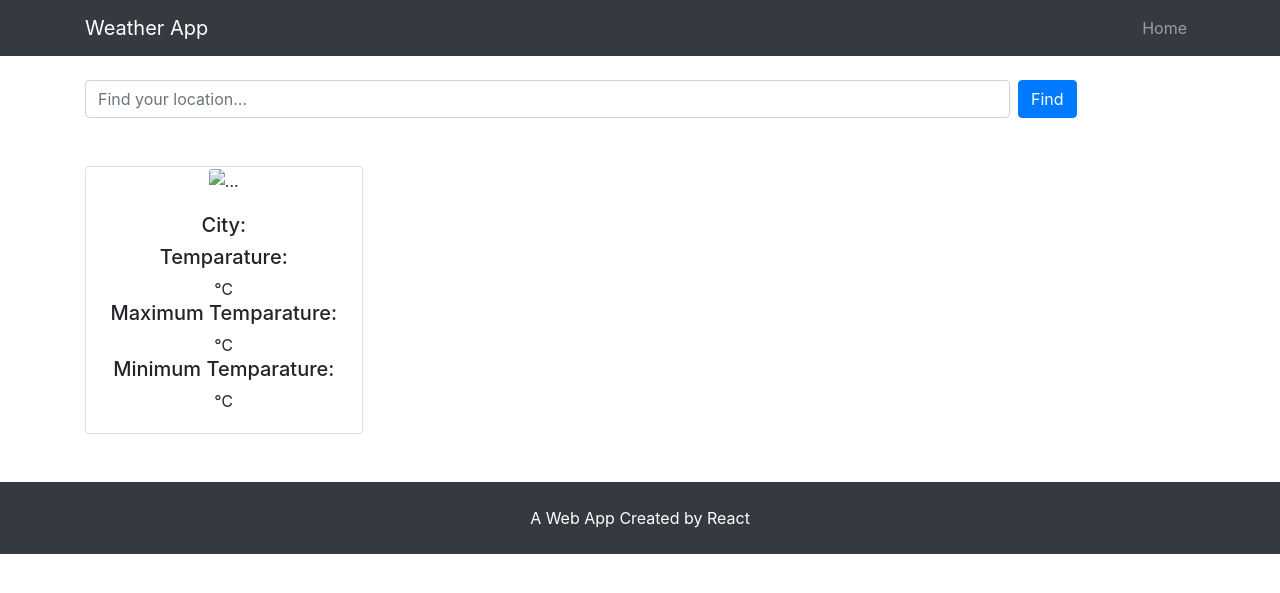
Repository: smk87/weather-app-react
Page: /
An editor plug-in stored every save of this project. The page is shown before and after the next save, followed by the edit.
The browser window is 1280 px wide. The pictures show the whole page.
The page's requests for data from a server got no answer. Some web libraries are served in a nearby version. The project was rebuilt for these pictures with package versions that can differ from the ones it lists, and the page was loaded fresh each time. A package was used in the major version that the imports need, not the one package.json lists. No one was signed in, and anything a server would have sent is missing.

Above is the page before, as saved 2019-02-06 17:52:57.

After the next save:
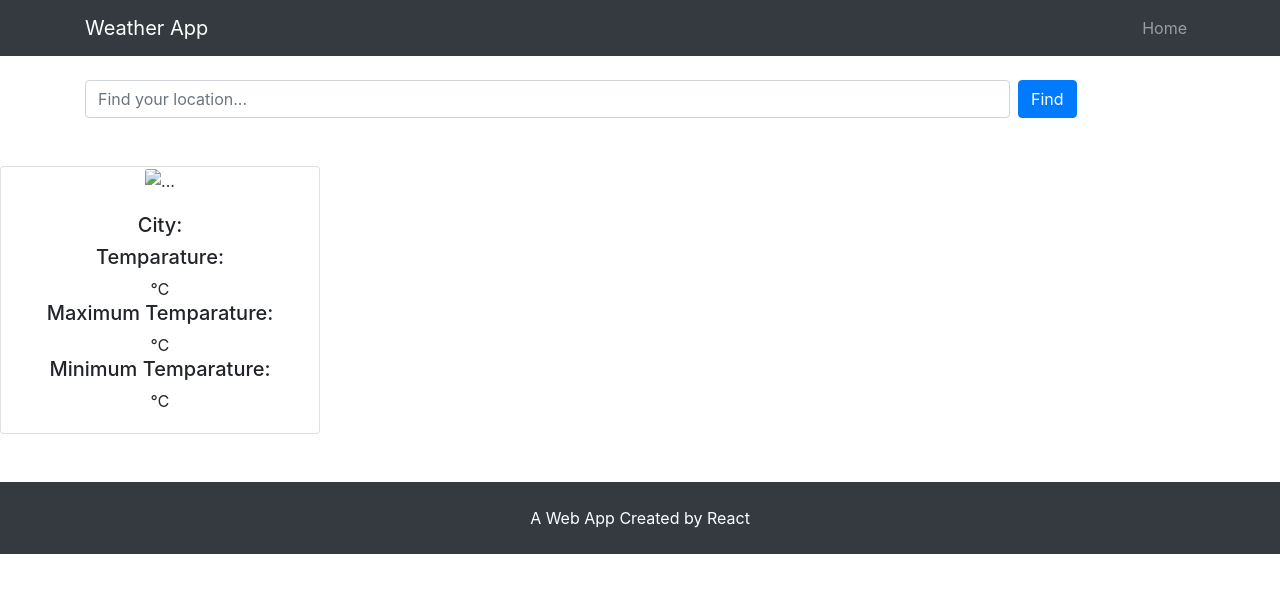
Saved 23 s later.
--- a/src/components/Home.js
+++ b/src/components/Home.js
@@ -39,8 +39,8 @@ export default class Home extends Component {
               value="Find"
             />
           </form>
-          <Weather id="2344116" />
         </div>
+        <Weather id="2344116" />
       </div>
     );
   }
